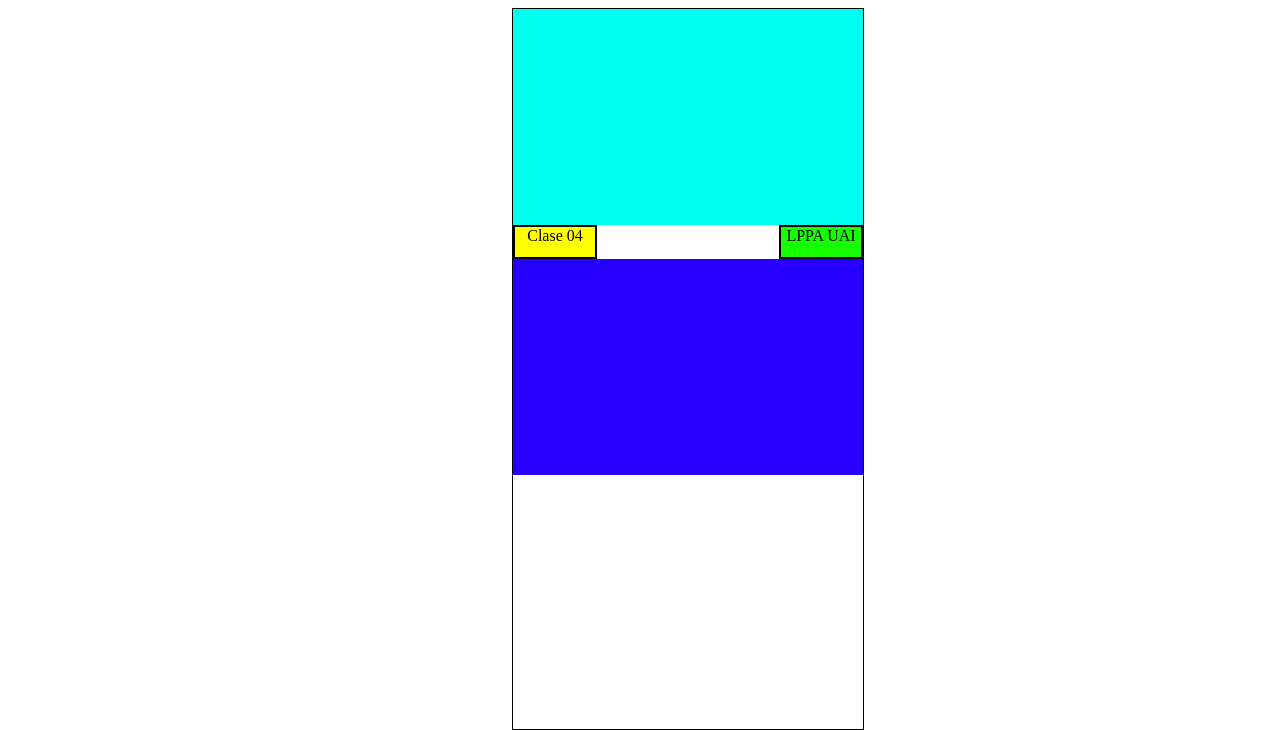
Repository: Divineridh/LPPAChallenges
Page: Trabajos en Clase/ejercicio clase 04-2/index.html
These files come from the project's save history. The page is drawn as it stood at one moment and after the next save; the edit follows.
The browser window is 1280 px wide. The pictures show the whole page.

Above is the page before, as saved 2022-04-26 21:02:59.

After the next save:
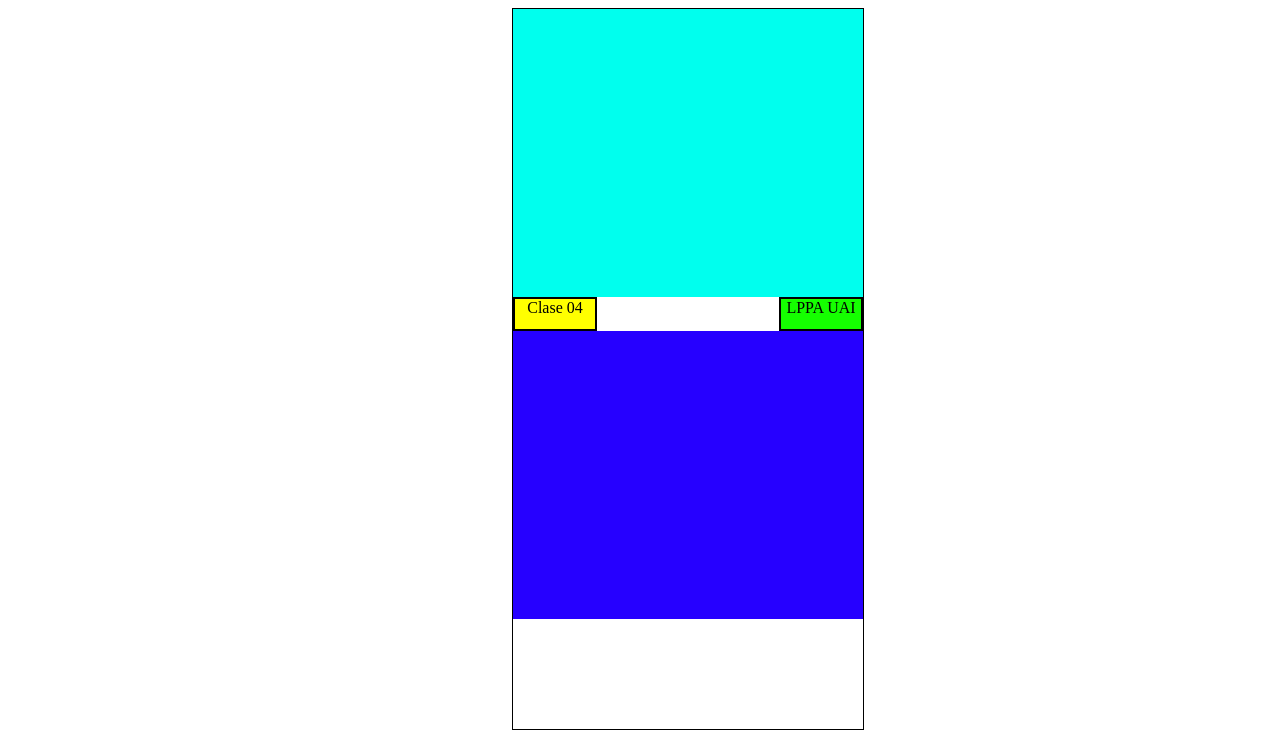
Saved 4 s later.
--- a/Trabajos en Clase/ejercicio clase 04-2/styles.css
+++ b/Trabajos en Clase/ejercicio clase 04-2/styles.css
@@ -17,7 +17,7 @@
 .squares {
     display: relative;
     width: 350px;
-    height: 30%;
+    height: 40%;
 }
 
 .mini1 {
